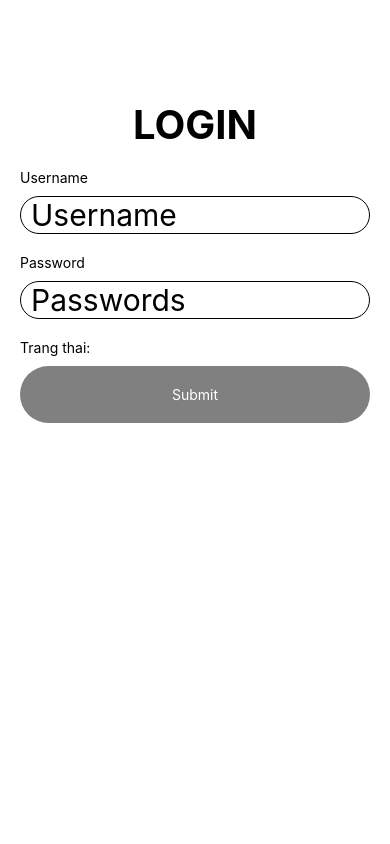
Repository: vietnguyenhoangw/ReactNative-FirstApplication
Screen: /
An editor plug-in stored every save of this project. The screen is shown before and after the next save, followed by the edit.
The app was drawn by React Native's web renderer in a window 390 px wide. The project was rebuilt for these pictures with package versions that can differ from the ones it lists, and the page was loaded fresh each time.

Above is the screen before, as saved 2019-12-11 09:42:51.

After the next save:
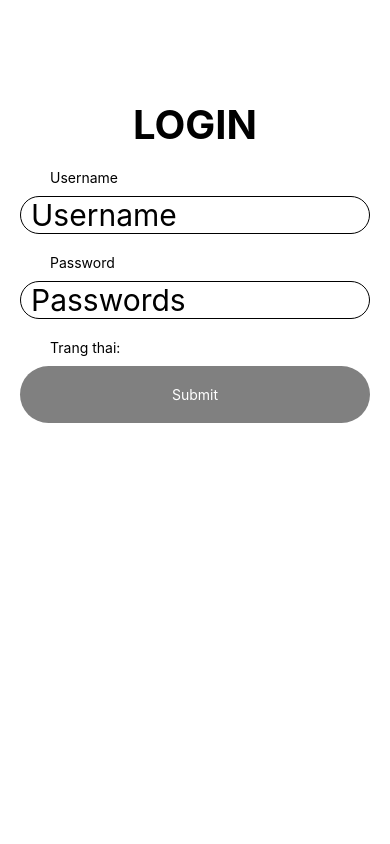
Saved 28 s later.
--- a/App.js
+++ b/App.js
@@ -105,7 +105,7 @@ const styles = StyleSheet.create({
     fontSize: 40
   },
   textUser: {
-    marginLeft: 20,
+    marginLeft: 50,
     marginRight: 20,
     marginBottom: 10,
   },
